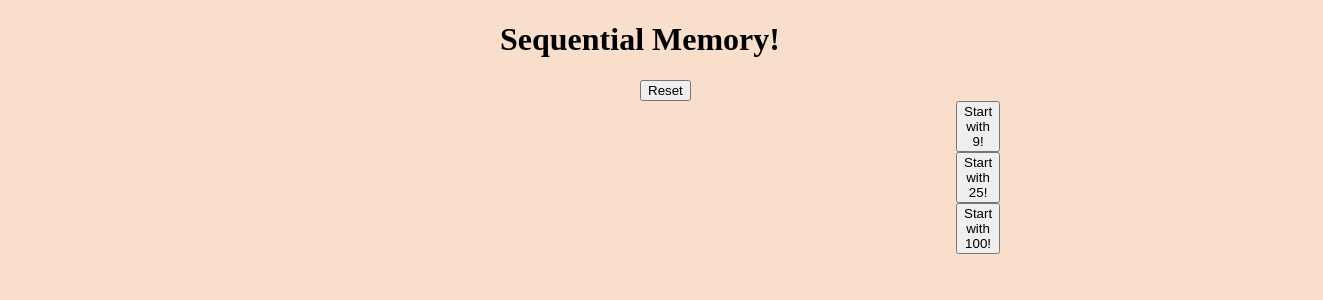
Repository: HyveMynd/htdocs
Page: PS1/MemoryNumbers.html
The author's editor kept a copy of each file at every save. The page is drawn from the files as they stood at one save, then again after the next save.
The browser window is 1280 px wide. The page is 1323 px wide, so the pictures cover 1323 px, including what lies to the right of the window. The pictures show the whole page.
Some web libraries are served in a nearby version.

Above is the page before, as saved 2013-01-22 04:26:56.

### PS1/MemoryNumbers.html
<!DOCTYPE html PUBLIC "-//W3C//DTD HTML 4.01 Transitional//EN" "http://www.w3.org/TR/html4/loose.dtd">
<html>
<head>
<meta http-equiv="Content-Type" content="text/html; charset=UTF-8">
<link rel="stylesheet" href="MemoryStyle.css" type="text/css" />
<script type="text/javascript" src="https://ajax.googleapis.com/ajax/libs/jquery/1.7.1/jquery.min.js"></script>
<script src="memory.js" type="text/javascript" ></script>
<title>Number Memory</title>
</head>
<body>
<h1>Sequential Memory!</h1>
<input id=reset type=button onclick=window.location.reload() value=Reset />
<div class=gameboard ></div>
<div class=select>
	<button id=num3 onclick="displayBoard(3)">Start with 9!</button>
	<button id=num5 onclick="displayBoard(5)">Start with 25!</button>
	<button id=num10 onclick="displayBoard(10)">Start with 100!</button>
</div>
</body>
</html>

### PS1/MemoryStyle.css
@CHARSET "UTF-8";
body { background-color:#f9dfcb; }
h1 { text-align:center; color:black }
table {
	text-align:center;
	color:black;
	border: 5px solid black;
	border-collapse:collapse;
	margin:auto;
	font-size:50px;
}
tr { border: 5px solid black; height: 100px; width: 100px; }
td { border: 5px solid black; height: 100px; width: 100px; }
p {text-align:center; font-size:30px}
.gameboard input {
	height:90px;
	width:90px;
	background-color:#faaaab;
	font-size:30px;
	color:#faaaab;
}
.select {
	margin-left:75%;
	margin-right:75%;
}
#reset {
	margin-left:50%;
	margin-right:50%;
}

### PS1/memory.js
var current = 0;
var numbers = new Array();
var rowsColumns;

function displayNumber(button){
	//show number in black
	$(button).css({color:"#000000"});
	var selected = $(button).val();
	//if the number is sequential, do not fade
	if (selected == current+1){
		current++;
	}
	//else reset the numbers to be invisible
	else{
		window.setTimeout(function () {showbutton();}, 500);
		current=0;
	}
	//check for game completion
	if(current == rowsColumns*rowsColumns){
		gameComplete();
	}
}

function showbutton(){
	//reset all the numbers back to blank
	$(".gameboard input").css({color:"#faaaab"});
}

function mouseDown(e){
	displayNumber();
}

function displayBoard(num){
	rowsColumns = num;
	for (var i = 0; i < num*num; i++){
		numbers[i] = i+1;
	}

	//add the buttons to the gameboard
	var board = "<table>";
	for (var r = 0; r < num; r++){
		var row = "<tr>";
		for (var c = 0; c < num; c++){
			var key = Math.floor(Math.random() * numbers.length-1);
			var number = numbers.splice(key, 1);
			//randomly select array numbers
			row += "<td><input type=button value="+number+" /></td>";
		}
		row += "</tr>";
		board += row;
	}
	board += "</table>";
	$(".gameboard").append(board);
	$("#twentyfive").hide();

	//tie gameboard buttons
	$(".gameboard input").click(function () { play(this); });
}

function play(button){
	//get the row and column of the button
	var td = $(button).parent();
	var col = td.parent().children().index(td);
	var row = td.parent().parent().children().index(td.parent());

	//toggle the number to display
	toggle(row, col);
}

function toggle (r,c){
	var button = $(".gameboard input").get(r*rowsColumns+c);
	displayNumber(button);
}

function gameComplete(){
	window.alert("Congratulations! You have won!");
}

After the next save:
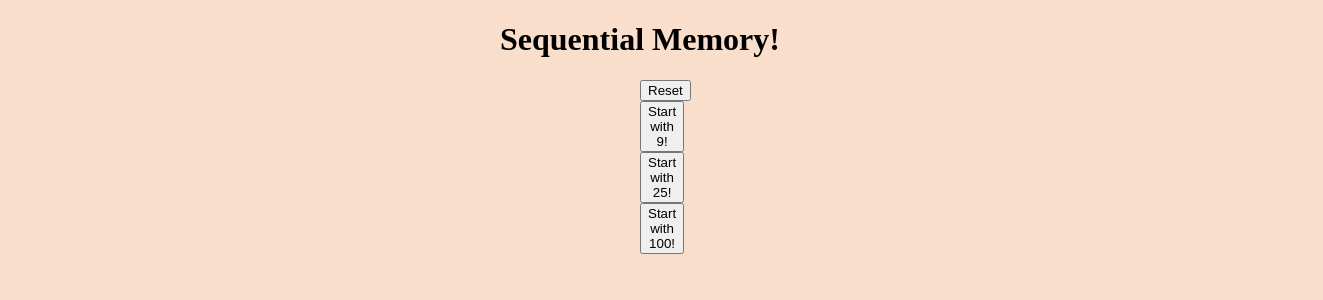
Saved 9 s later.
--- a/PS1/MemoryStyle.css
+++ b/PS1/MemoryStyle.css
@@ -20,8 +20,8 @@ p {text-align:center; font-size:30px}
 	color:#faaaab;
 }
 .select {
-	margin-left:75%;
-	margin-right:75%;
+	margin-left:50%;
+	margin-right:50%;
 }
 #reset {
 	margin-left:50%;
